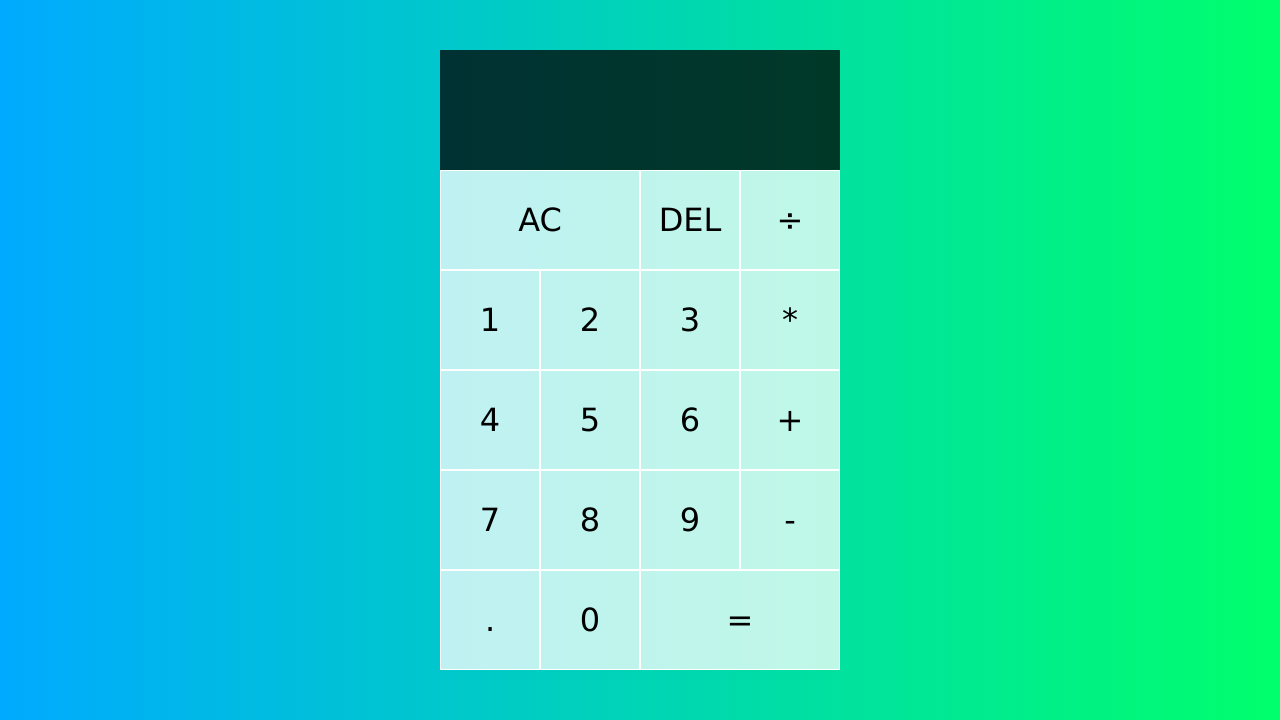
Repository: devkthines/js-calculator
Page: index.html
An editor plug-in stored every save of this project. The page is shown before and after the next save, followed by the edit.
The browser window is 1280 px wide. The pictures show the whole page.
After loading, the first visible `button.span-two` was clicked once.

Above is the page before, as saved 2023-12-28 22:46:45.

After the next save:
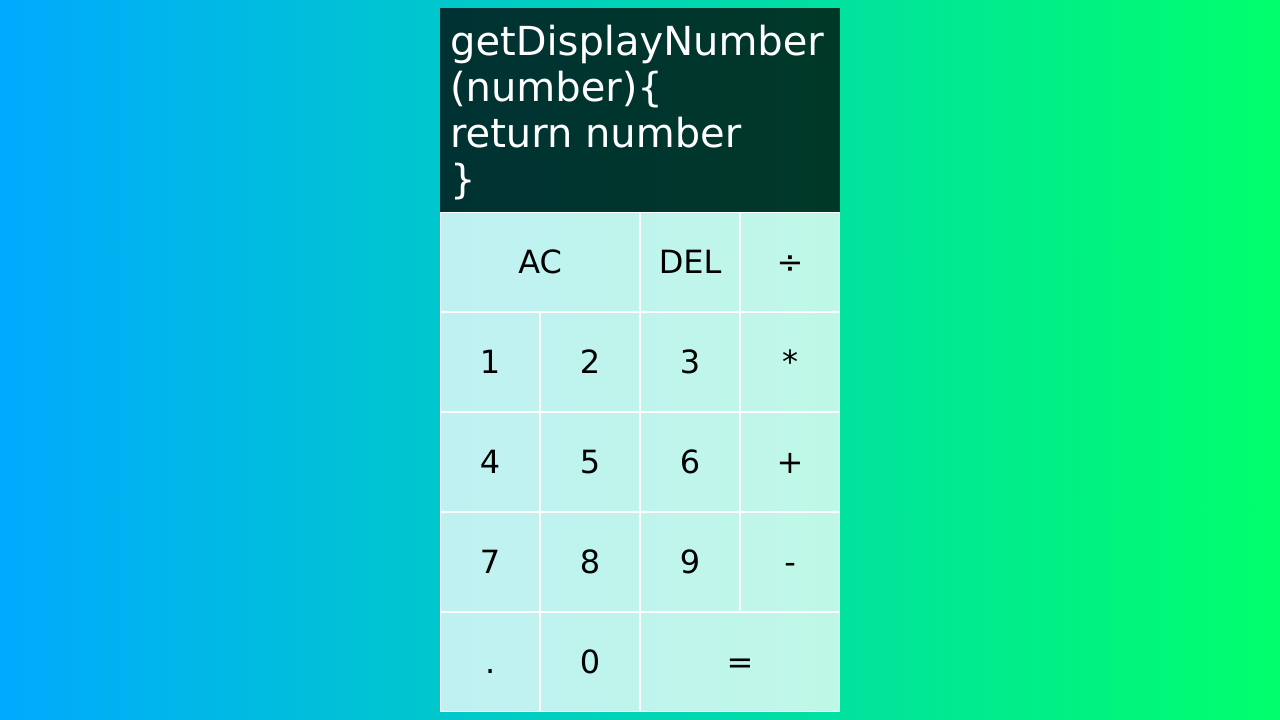
Saved 9 s later.
--- a/script.js
+++ b/script.js
@@ -79,7 +79,7 @@
 
 
     updateDisplay() {
-        this.currentOperandTextElement.innerText = this.currentOperand
+        this.currentOperandTextElement.innerText = this.getDisplayNumber
 // this will append the operation to the end of the string on the display
         if(this.operation != null){
             this.previousOperandTextElement.innerText =

After the save that followed:
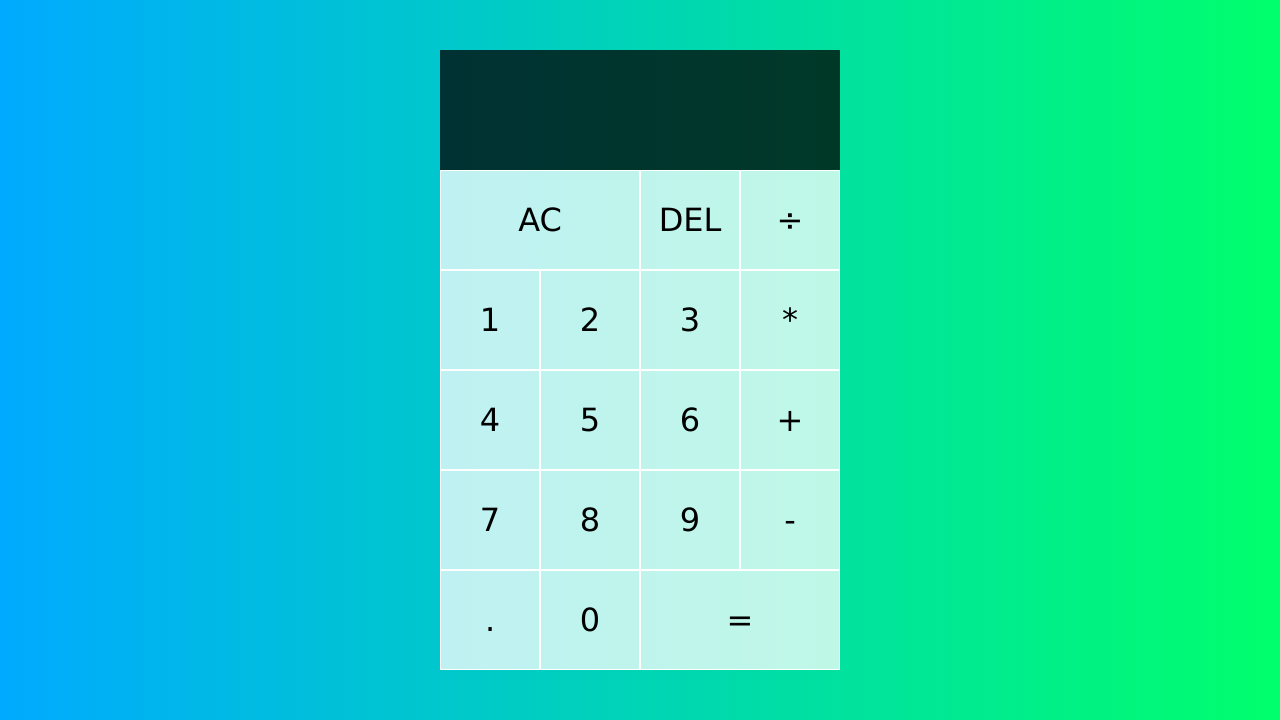
Saved 6 s later.
--- a/script.js
+++ b/script.js
@@ -79,7 +79,7 @@
 
 
     updateDisplay() {
-        this.currentOperandTextElement.innerText = this.getDisplayNumber
+        this.currentOperandTextElement.innerText = this.getDisplayNumber(this.currentOperand)
 // this will append the operation to the end of the string on the display
         if(this.operation != null){
             this.previousOperandTextElement.innerText =
